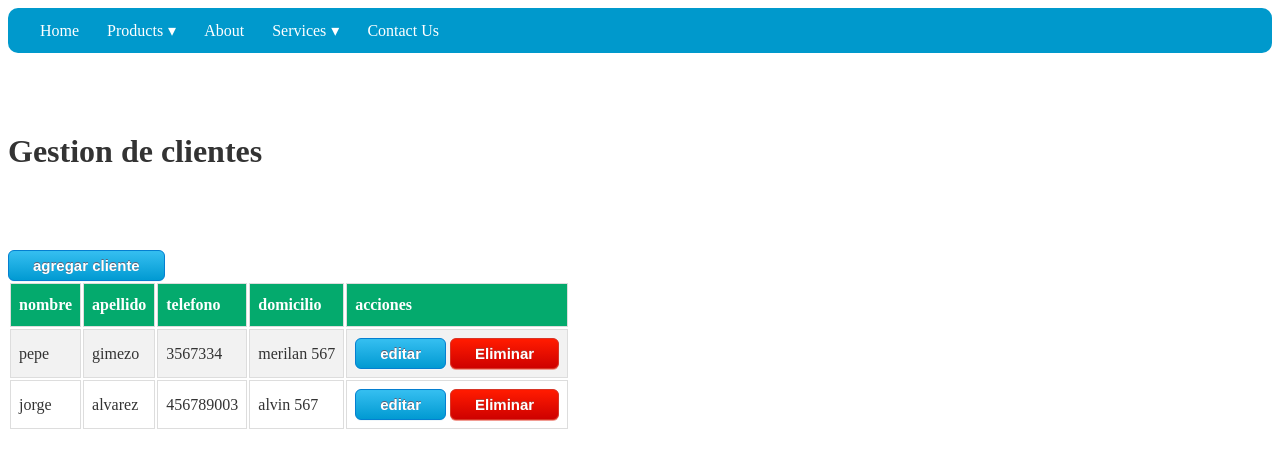
Repository: geraldine-ventura/Practicando.net
Page: index 2.html
An editor plug-in stored every save of this project. The page is shown before and after the next save, followed by the edit.
The browser window is 1280 px wide. The pictures show the whole page.

Above is the page before, as saved 2022-12-20 14:16:41.

After the next save:
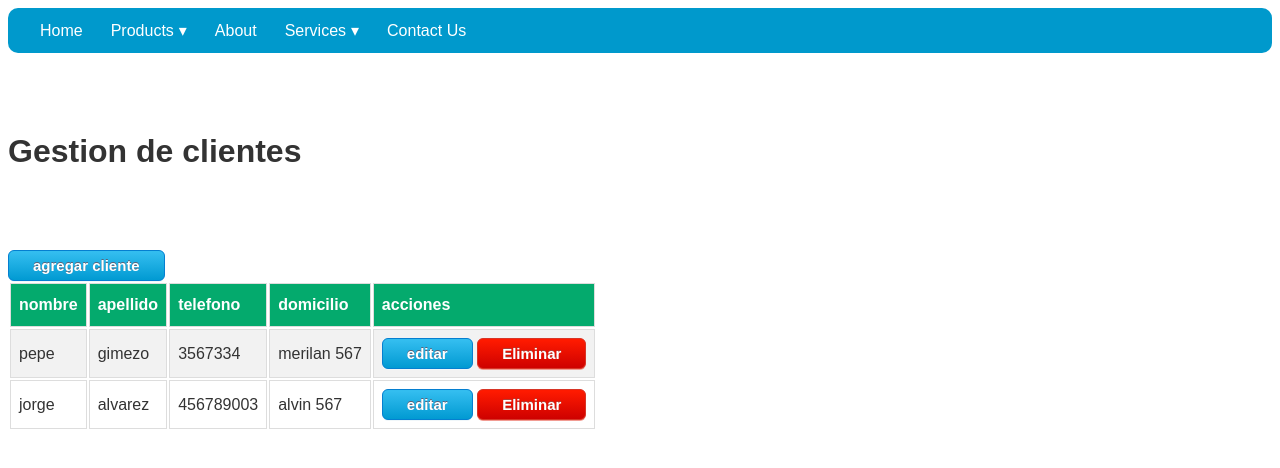
Saved 9 min 35 s later.
--- a/modal.css
+++ b/modal.css
@@ -1,5 +1,5 @@
 body{
-
+    font-family: sans-serif;
     color:#333;
 
   }
